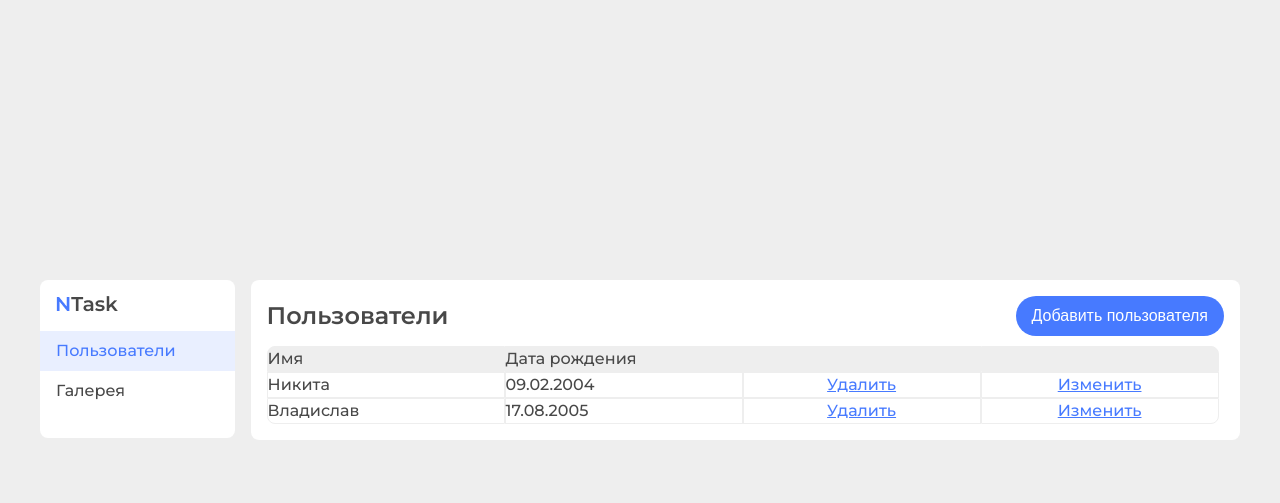
Repository: Grid-Master/NTask
Page: /gallery
These files come from the project's save history. The page is drawn as it stood at one moment and after a run of saves; the edit follows.
The browser window is 1280 px wide. The pictures show the whole page.
The project was rebuilt for these pictures with package versions that can differ from the ones it lists, and the page was loaded fresh each time. Also part of the build but not shown: src/components/gallery/gallery.sass, src/components/gallery/Gallery.tsx, src/components/updateUser/updateUser.sass, src/components/updateUser/UpdateUser.tsx.

Above is the page before, as saved 2023-06-09 21:28:25.

After the next 2 saves:
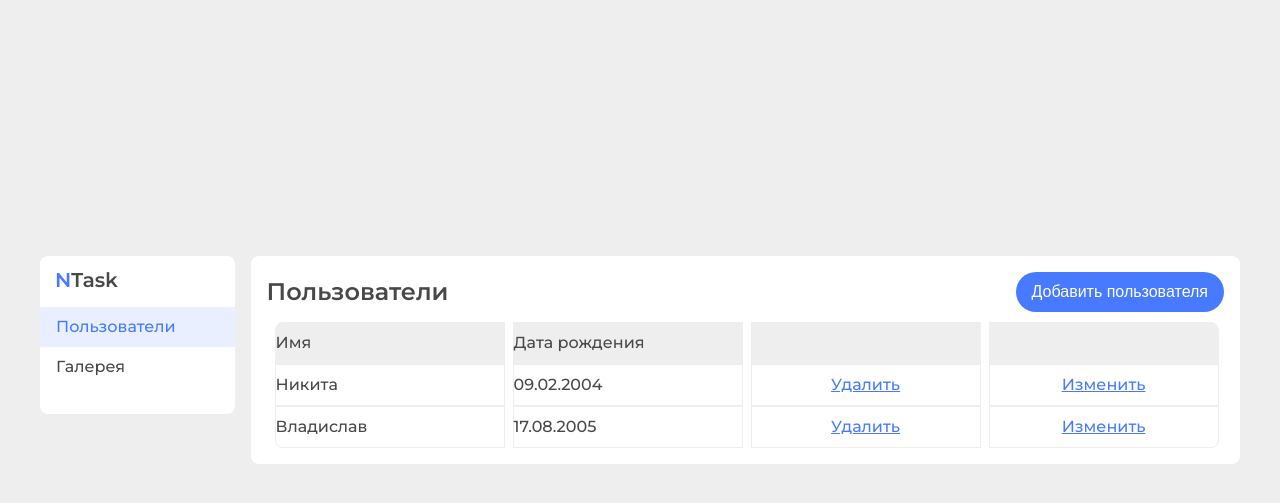
The 2 saves are shown as one change because they came seconds apart.
The last was saved 37 s later.
--- a/src/components/userList/userList.sass
+++ b/src/components/userList/userList.sass
@@ -69,6 +69,8 @@
         border-radius: 8px
         >li
             border: 1px solid #EEEEEE
+            margin-left: 8px
+            padding: 8px 0
         li:first-child,li:nth-child(2),li:nth-child(3),li:nth-child(4)
             background: #EEEEEE
         li:first-child
